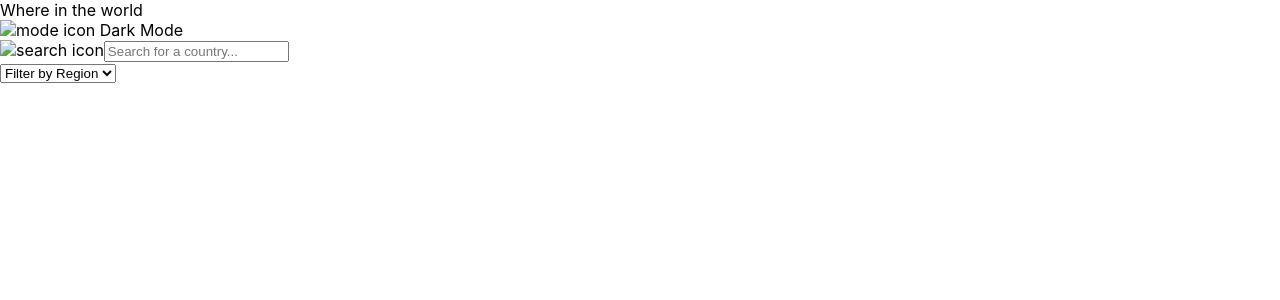
Repository: faithandjs/rest-countries-api
Page: /
These files come from the project's save history. The page is drawn as it stood at one moment and after the next save; the edit follows.
The browser window is 1280 px wide. The pictures show the whole page.
The page's requests for data from a server got no answer. The project was rebuilt for these pictures with package versions that can differ from the ones it lists, and the page was loaded fresh each time. No one was signed in, and anything a server would have sent is missing. Also part of the build but not shown: src/components/details.tsx.

Above is the page before, as saved 2022-04-12 23:41:59.

After the next save:
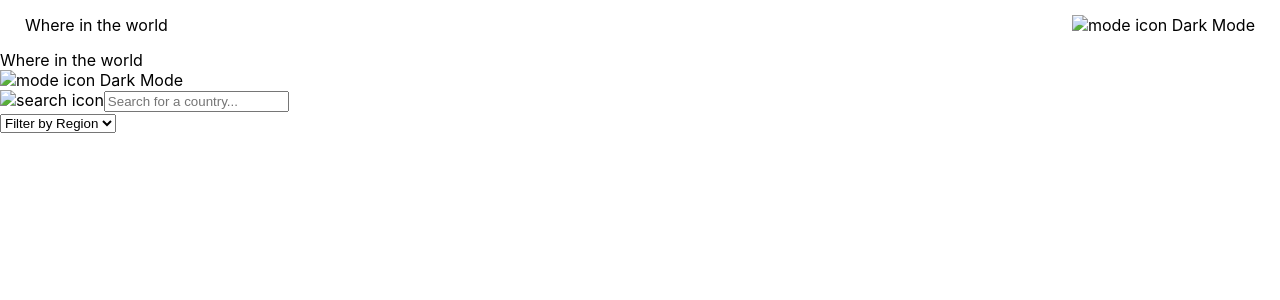
Saved 61 s later.
--- a/src/App.tsx
+++ b/src/App.tsx
@@ -1,16 +1,20 @@
 import React from 'react';
 import Home from './components/home';
 import Details from './components/details';
+import Nav from './components/nav';
 import { Routes, Route } from "react-router-dom"
 
 let path = '/region/americas'
 
 function App() {
   return (
-    <Routes >
-      <Route path='/' element={<Home/>}/>
-      <Route path={path} element={<Details/>}/>
-    </Routes>
+    <div>
+      <Nav/>
+      <Routes >
+        <Route path='/' element={<Home/>}/>
+        <Route path={path} element={<Details/>}/>
+      </Routes>
+    </div>
   );
 }
 
